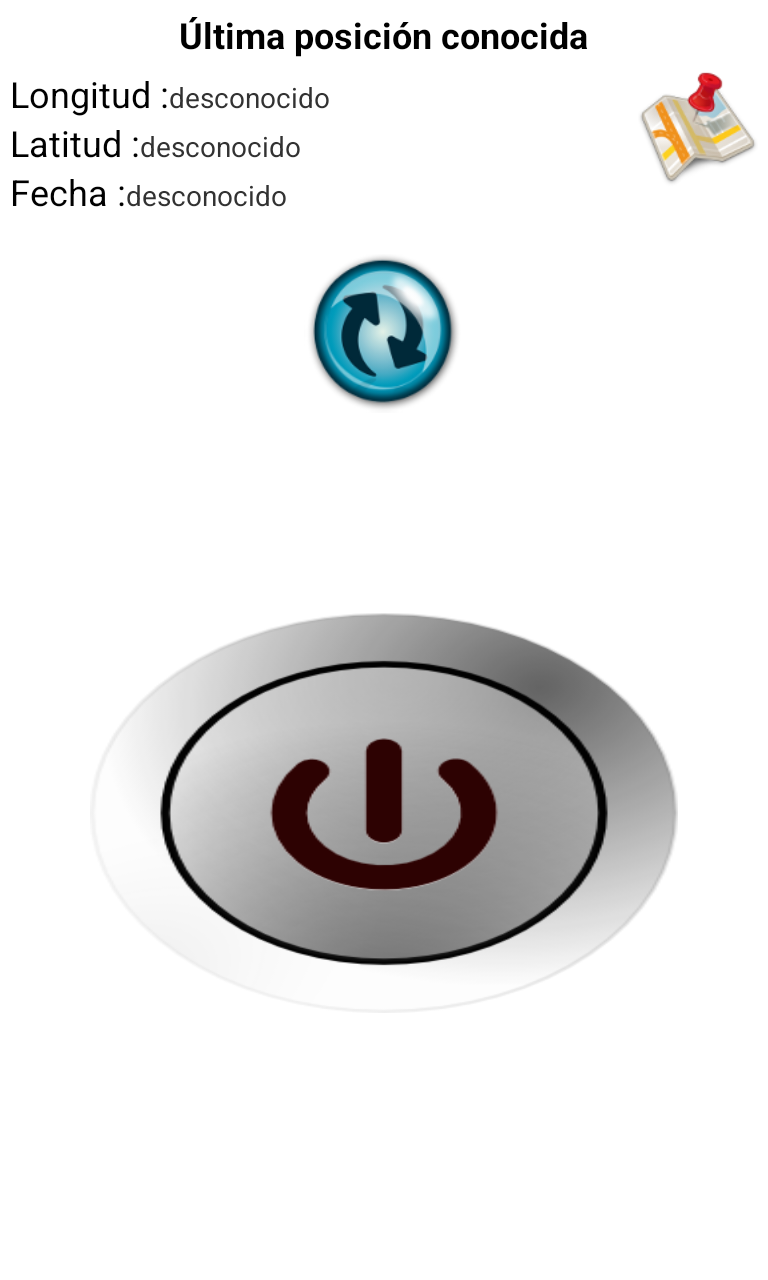
Repository: jonatansantos/Android-Server-Status
Layout: desarrollo/LocalizadorGPS/res/layout/activity.xml
An editor plug-in stored every save of this project. The layout is shown before and after the next save, followed by the edit.
It is drawn on a 768 x 1280 px phone screen (xhdpi) without system bars, with theme android:Theme.Light.NoTitleBar; the app's code is not run.

Above is the layout before, as saved 2012-06-10 16:30:26.

### desarrollo/LocalizadorGPS/res/layout/activity.xml
<?xml version="1.0" encoding="utf-8"?>
<ScrollView xmlns:android="http://schemas.android.com/apk/res/android"
    android:id="@+id/scroll_gps"
    android:layout_width="match_parent"
    android:layout_height="match_parent" >

    <RelativeLayout
        android:id="@+id/RelativeLayout1"
        android:layout_width="match_parent"
        android:layout_height="match_parent"
        android:orientation="vertical"
        android:padding="5dp" >

        <TextView
            android:id="@+id/textView1"
            android:layout_width="wrap_content"
            android:layout_height="wrap_content"
            android:layout_alignParentTop="true"
            android:layout_centerHorizontal="true"
            android:text="Última posición conocida"
            android:textAppearance="?android:attr/textAppearanceMedium"
            android:textStyle="bold" />

        <TextView
            android:id="@+id/textView2"
            android:layout_width="wrap_content"
            android:layout_height="wrap_content"
            android:layout_alignParentLeft="true"
            android:layout_below="@+id/textView1"
            android:layout_marginTop="5dp"
            android:text="Longitud :"
            android:textAppearance="?android:attr/textAppearanceMedium" />

        <TextView
            android:id="@+id/textView3"
            android:layout_width="wrap_content"
            android:layout_height="wrap_content"
            android:layout_alignParentLeft="true"
            android:layout_below="@+id/textView2"
            android:text="Latitud :"
            android:textAppearance="?android:attr/textAppearanceMedium" />

        <TextView
            android:id="@+id/textView4"
            android:layout_width="wrap_content"
            android:layout_height="wrap_content"
            android:layout_alignParentLeft="true"
            android:layout_below="@+id/textView3"
            android:text="Fecha :"
            android:textAppearance="?android:attr/textAppearanceMedium" />

        <ImageView
            android:id="@+id/iv_gps_mapa"
            android:layout_width="wrap_content"
            android:layout_height="wrap_content"
            android:layout_alignParentRight="true"
            android:layout_alignTop="@+id/textView2"
            android:scaleType="fitEnd"
            android:src="@drawable/gps_mapa" />

        <TextView
            android:id="@+id/tv_gps_long"
            android:layout_width="wrap_content"
            android:layout_height="wrap_content"
            android:layout_alignBaseline="@+id/textView2"
            android:layout_alignBottom="@+id/textView2"
            android:layout_toRightOf="@+id/textView2"
            android:text="@string/desconocido" />

        <TextView
            android:id="@+id/tv_gps_lat"
            android:layout_width="wrap_content"
            android:layout_height="wrap_content"
            android:layout_alignBaseline="@+id/textView3"
            android:layout_alignBottom="@+id/textView3"
            android:layout_toRightOf="@+id/textView3"
            android:text="@string/desconocido" />

        <TextView
            android:id="@+id/tv_gps_fecha"
            android:layout_width="wrap_content"
            android:layout_height="wrap_content"
            android:layout_alignBaseline="@+id/textView4"
            android:layout_alignBottom="@+id/textView4"
            android:layout_toRightOf="@+id/textView4"
            android:text="@string/desconocido" />

        <ToggleButton
            android:id="@+id/tb_gps_on"
            android:layout_width="wrap_content"
            android:layout_height="wrap_content"
            android:layout_alignParentBottom="true"
            android:layout_alignParentLeft="true"
            android:layout_alignParentRight="true"
            android:layout_below="@+id/iv_gps_actualizar"
            android:layout_marginBottom="50dp"
            android:layout_marginLeft="40dp"
            android:layout_marginRight="40dp"
            android:layout_marginTop="50dp"
            android:background="@drawable/tb_icon"
            android:text=""
            android:textOff=""
            android:textOn="" />

        <ImageView
            android:id="@+id/iv_gps_actualizar"
            android:layout_width="wrap_content"
            android:layout_height="wrap_content"
            android:layout_below="@+id/textView4"
            android:layout_centerHorizontal="true"
            android:layout_marginTop="19dp"
            android:src="@drawable/gps_actualizar" />
    </RelativeLayout>

</ScrollView>

### desarrollo/LocalizadorGPS/res/values/strings.xml
<?xml version="1.0" encoding="utf-8"?>
<resources>

    <string name="hello">Hello World, LocalizadorGPSActivity!</string>
    <string name="app_name">LocalizadorGPS</string>
    <string name="desconocido">desconocido</string>

</resources>

### desarrollo/LocalizadorGPS/res/drawable-hdpi/tb_icon.xml
<?xml version="1.0" encoding="utf-8"?>
<selector xmlns:android="http://schemas.android.com/apk/res/android" >
    <item android:state_checked="true"
        android:drawable="@drawable/gps_on" />
    <item android:drawable="@drawable/gps_off" />

</selector>

After the next save:
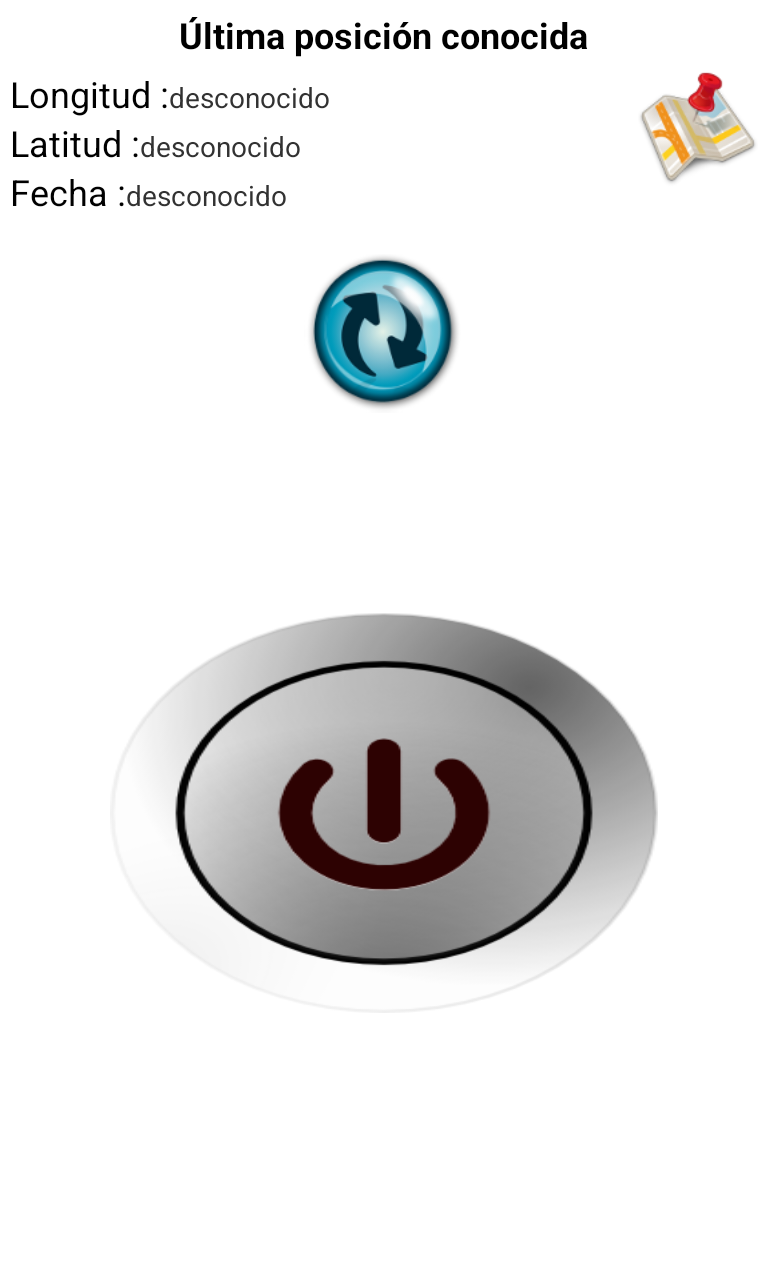
Saved 60 s later.
--- a/desarrollo/LocalizadorGPS/res/layout/activity.xml
+++ b/desarrollo/LocalizadorGPS/res/layout/activity.xml
@@ -94,8 +94,8 @@
             android:layout_alignParentRight="true"
             android:layout_below="@+id/iv_gps_actualizar"
             android:layout_marginBottom="50dp"
-            android:layout_marginLeft="40dp"
-            android:layout_marginRight="40dp"
+            android:layout_marginLeft="50dp"
+            android:layout_marginRight="50dp"
             android:layout_marginTop="50dp"
             android:background="@drawable/tb_icon"
             android:text=""
